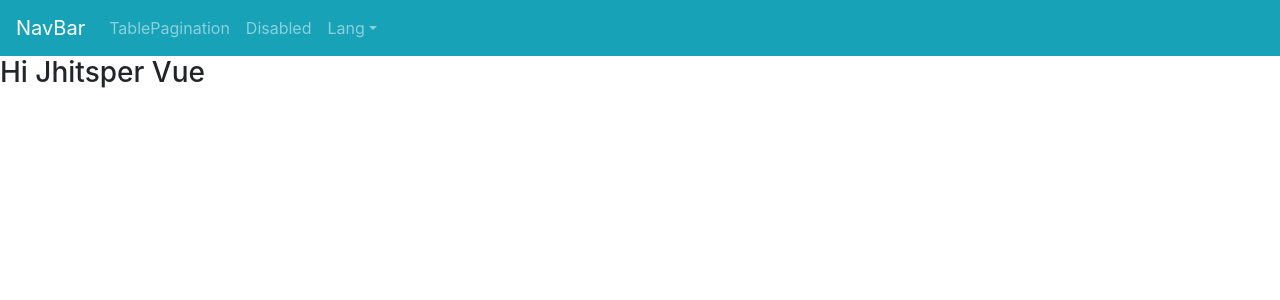
Repository: iian0910/bootstrapVue-demo
Page: /
These files come from the project's save history. The page is drawn as it stood at one moment and after the next save; the edit follows.
The browser window is 1280 px wide. The pictures show the whole page.
The project was rebuilt for these pictures with package versions that can differ from the ones it lists, and the page was loaded fresh each time.

Above is the page before, as saved 2021-04-26 14:36:58.

After the next save:
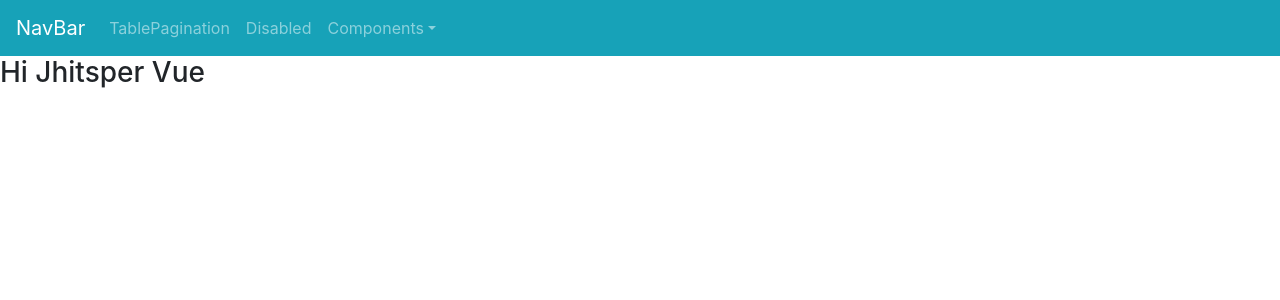
Saved 19 s later.
--- a/src/components/Navbar.vue
+++ b/src/components/Navbar.vue
@@ -9,7 +9,7 @@
         <b-navbar-nav>
           <b-nav-item to="/tablePagination">TablePagination</b-nav-item>
           <b-nav-item href="#">Disabled</b-nav-item>
-          <b-nav-item-dropdown text="Lang" right>
+          <b-nav-item-dropdown text="Components" right>
             <b-dropdown-item href="#">EN</b-dropdown-item>
             <b-dropdown-item href="#">ES</b-dropdown-item>
             <b-dropdown-item href="#">RU</b-dropdown-item>
